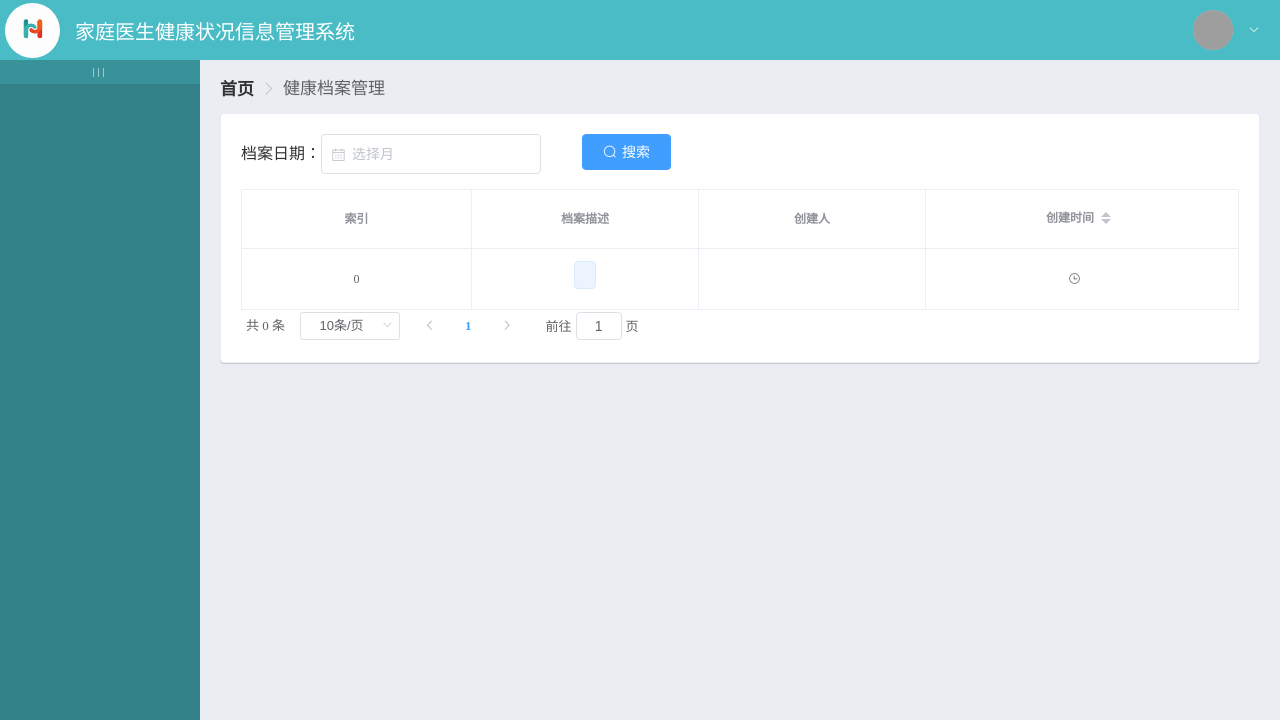
Repository: hyyBubbly/community-web-vue
Page: /#/files (app in community/)
The author's editor kept a copy of each file at every save. The page is drawn from the files as they stood at one save, then again after the next save.
The browser window is 1280 px wide. The pictures show the whole page.
Pictures or frames that could not be fetched are drawn as grey boxes. The page's requests for data from a server got no answer. The project was rebuilt for these pictures with package versions that can differ from the ones it lists, and the page was loaded fresh each time. No one was signed in, and anything a server would have sent is missing. Also part of the build but not shown: community/vue.config.js, community/src/components/Login.vue, community/src/components/Welcome.vue, community/src/components/User/UserList.vue, community/src/components/admin/WorkerList.vue, community/src/components/community/CommunityList.vue, community/src/components/healthfiles/HealthyData.vue, community/src/components/User/OlderInfoList.vue and 13 more.

Above is the page before, as saved 2024-02-01 19:19:20.

### community/src/main.js
import Vue from 'vue'
import App from './App.vue'
import router from './router'
import './plugins/element.js'
import './assets/css/global.css'
import md5 from 'md5.js'
//引入iconfont
import './assets/font/iconfont.css'
// 导入axios
import axios from 'axios'
import moment from "moment"
import echarts from 'echarts'
Vue.prototype.$echarts = echarts
//时间转化
Vue.prototype.$moment = moment;
// 挂载axios 到Vue的原型prototype的$http
Vue.prototype.$http = axios
// 设置请求的根路径
axios.defaults.baseURL = "http://localhost:9001"
Vue.config.productionTip = false
//md5加密
Vue.prototype.$md5 = md5;



new Vue({
  router,
  render: h => h(App)
}).$mount('#app')

### community/src/App.vue
<template>
  <div id="app">
    <router-view></router-view>
  </div>
</template>
<script>
  // export default {
  //   name: 'App',
  //   provide(){
  //     return {
  //       reload: this.reload
  //     }
  //   },
  //   data(){
  //     return {
  //       isRouterAlive: true
  //     }
  //   },
  //   methods:{
  //     reload() {
  //       this.isRouterAlive = false;
  //       this.$nextTick(function (){
  //         this.isRouterAlive = true
  //       })
  //     }
  //   }
  // }
</script>
<style>

</style>

### community/src/router/index.js
import Vue from 'vue'
import VueRouter from 'vue-router'
import Login from '../components/Login.vue'
import Home from '../components/Home.vue'
import Welcome from "../components/Welcome.vue"
import UserList from "../components/User/UserList.vue"
import WorkerList from "@/components/admin/WorkerList"
import CommunityList from "@/components/community/CommunityList"
import HealthyData from "@/components/healthfiles/HealthyData"
import Healthiness from "@/components/healthfiles/Healthiness";
import OlderInfoList from "@/components/User/OlderInfoList";
import HealthyInfo from "@/components/healthfiles/HealthyInfo";
import Knowledge from "../components/knowledge/Knowledge.vue";
import ActiveList from "@/components/active/ActiveList";
import medical from "@/components/mutualAid/medical";
import Purchasing from "@/components/mutualAid/Purchasing";
import repast from "@/components/mutualAid/repast";
import Pharmacy from "@/components/mutualAid/Pharmacy/Pharmacy";
import PharmacyInfo from "@/components/mutualAid/Pharmacy/PharmacyInfo";
import Appointment from "@/components/mutualAid/Pharmacy/Appointment";
import ShoppingMall from "@/components/mutualAid/shoppingMall";
import foodBusiness from "@/components/mutualAid/Food/foodBusiness";
import Personal from "@/components/Personal";
Vue.use(VueRouter)

const routes = [
  {
    path:"/",
    redirect:'/login',
  },
  {
    path:"/login",
    component: Login,

  },
  {
    path:"/home",
    component:Home,
    redirect: "/welcome",
    children:[
      {
        path:"/welcome",
        component: Welcome,
      },
      {
        path:"/user",
        component: UserList,
      },
      {
        path:"/worker",
        component: WorkerList,
      },
      {
        path:"/older",
        component: OlderInfoList,
      },
      {
        path:"/community",
        component: CommunityList,
      },
      {
        path:"/healthyData",
        component: HealthyData,
      },
      {
        path:"/files",
        component: Healthiness,
      },
      {
        path:"/healthyInfo",
        component: HealthyInfo,
      },
	  {
        path:"/knowledge",
        component: Knowledge,
	  },
      {
        path:"/active",
        component: ActiveList,
      },
      {
        path:"/medicine",
        component: medical,
      },
      {
        path:"/shop",
        component: Purchasing,
      },
      {
        path:"/food",
        component: repast,
      },
      {
        path:"/pharmacy",
        component: Pharmacy,
      },
      {
        path:"/pharmacyInfo",
        component: PharmacyInfo,
      },
      {
        path:"/appointment",
        component: Appointment,
      },
      {
        path:"/shoppingMall",
        component: ShoppingMall,
      },
      {
        path: "/foodBusiness",
        component: foodBusiness,
      },
      {
        path:"/personal",
        component: Personal,
      }
    ]
  },
]


const router = new VueRouter({
  routes
})

// router.beforeEach((to,from,next)=>{
//   const role = window.sessionStorage.getItem("roleId")
//   if(to.meta.isLogin){ //判断页面是否需要登录才可操作
//       if(to.meta.roles.includes(role)){//判断登录用户的权限是否满足meta对象中的roles的要求
//         next()
//       }else {
//         alert('您没有权限进入页面！')
//         this.router.push('/login')
//       }
//     }else {
//       alert('请登录之后再操作！')
//       this.router.push('/login')
//     }
// })


//出现问题时使用
const originalPush = VueRouter.prototype.push
VueRouter.prototype.push = function push(location, onResolve,onReject){
  if(onResolve || onReject) return originalPush.call(this,location,onResolve,onReject)
  return originalPush.call(this,location).catch(err => err)
}

export default router

### community/src/assets/css/global.css
/* 全局样式 */
HTML,body,#app{
	height: 100%;
	margin: 0;
	padding: 0;
}
/* 卡片区域  !important 提高样式级别*/
.el-card{
	box-shadow: 0 1px 1px rgba(0,8,10,0.15) !important;
}

/*表格样式*/
.el-table{
	margin-top: 15px;
	font-size: 12px;
	min-width: 350px;
}

### community/src/assets/font/iconfont.css
@font-face {
  font-family: "iconfont"; /* Project id 3270408 */
  src: url('iconfont.woff2?t=1652753196788') format('woff2'),
       url('iconfont.woff?t=1652753196788') format('woff'),
       url('iconfont.ttf?t=1652753196788') format('truetype');
}

.iconfont {
  font-family: "iconfont" !important;
  font-size: 16px;
  font-style: normal;
  -webkit-font-smoothing: antialiased;
  -moz-osx-font-smoothing: grayscale;
}

.icon-huoyuedu:before {
  content: "\e607";
}

.icon-xiaoqushu:before {
  content: "\e6df";
}

.icon-fangwenliang:before {
  content: "\e646";
}

.icon-duzheliuyan:before {
  content: "\e604";
}

.icon-hudongshequ:before {
  content: "\e62f";
}

.icon-huoyueshu:before {
  content: "\e702";
}

.icon-community:before {
  content: "\e61c";
}

.icon-shujujiance:before {
  content: "\e683";
}

.icon-huzhu:before {
  content: "\e778";
}

.icon-denglu:before {
  content: "\e603";
}

.icon-mima:before {
  content: "\e65c";
}

.icon-gouwuche:before {
  content: "\e600";
}

.icon-2jiankangzhishi:before {
  content: "\e622";
}

.icon-huodong:before {
  content: "\e630";
}

.icon-canyinguanli:before {
  content: "\e624";
}

.icon-huodong1:before {
  content: "\e870";
}

.icon-jiankangdanganx:before {
  content: "\e60d";
}

.icon-yiliaohuzhu:before {
  content: "\e686";
}

.icon-yonghu:before {
  content: "\e633";
}

.icon-guanliyuan:before {
  content: "\e62a";
}

.icon-guanliyuan1:before {
  content: "\e681";
}

.icon-menu_lrkh:before {
  content: "\e656";
}

.icon-shequ:before {
  content: "\e663";
}

### community/src/components/Home.vue
<template>
  <!-- 引入布局 -->
  <el-container class="home-container" v-loading="loading">
    <!-- 头部 -->
    <el-header>
      <div class="clickPop">
        <img src="../assets/sportlogo.jpg" alt />
        <span class="span-font">家庭医生健康状况信息管理系统</span>
      </div>
      <el-dropdown class="clickPop">
        <el-avatar src="https://cube.elemecdn.com/0/88/03b0d39583f48206768a7534e55bcpng.png"
          style="margin-right: 10px"></el-avatar>
        <span class="el-dropdown-link">
          {{ getUsername() }}<i class="el-icon-arrow-down el-icon--right"></i>
        </span>
        <el-dropdown-menu slot="dropdown">
          <el-dropdown-item><span @click="Main">首页</span></el-dropdown-item>
          <!--            <el-dropdown-item><el-badge :value="12"><span @click="">购物车</span></el-badge></el-dropdown-item>-->
          <el-dropdown-item><span @click="$router.push({ path: '/personal' })">个人中心</span></el-dropdown-item>
          <el-dropdown-item><span type="info" @click="quit">安全退出</span></el-dropdown-item>
        </el-dropdown-menu>
      </el-dropdown>

    </el-header>
    <!-- 主体 -->
    <el-container>
      <!-- 侧边栏 -->
      <el-aside :width="width">
        <el-menu background-color="#46afb9" text-color="#fff" active-text-color="#889fa0" unique-opened
          :collapse="isCollapse" :collapse-transition="false" :router="true" :default-active="activePath">
          <div class="toggle-button" @click="toggleCollapase">|||</div>
          <!-- 一级菜单 -->
          <el-submenu :index="item.id + ''" v-for="item in menuList" :key="item.id">
            <template slot="title">
              <i :class="iconsObject[item.id]"></i>
              <span style="margin-left: 7px">{{ item.title }}</span>
            </template>
            <!-- 二级菜单 -->
            <el-menu-item :index="it.path + ''" v-for="it in item.sList" :key="it.id" @click="saveNavState()">
              <template slot="title">
                <i :class="iconsObject[it.id]"></i>
                <span style="margin-left: 7px">{{ it.title }}</span>
              </template>
            </el-menu-item>
          </el-submenu>
        </el-menu>
      </el-aside>
      <!-- 主体内容 -->
      <el-main>
        <router-view></router-view>
      </el-main>
      <el-dialog title="用户评价" :visible.sync="isDialog" width="40%">
        <el-col :span="7" style="margin-top: 15px"><el-rate v-model="assessForm.assess" show-text></el-rate></el-col>
        <!-- 内容底部区域    -->
        <span slot="footer" class="dialog-footer">
          <el-button @click="isDialog = false">取 消</el-button>
          <el-button type="primary" @click="logout">确 认</el-button>
        </span>
      </el-dialog>
    </el-container>
  </el-container>
</template>
<script>
export default {
  data() {
    return {
      //菜单列表
      loading: true,
      width: "200px",
      menuList: [],
      isCollapse: false,
      sList: [],
      assessForm: {
        assess: ""
      },
      isPopup: false,
      isDialog: false,
      percentage: 0,
      customColors: "",
      token: "",
      editPassword: {
        id: "",
        username: "",
        oldPassword: "",
        newPassword: "",
        passwordConfirm: ""
      },
      iconsObject: {
        '100': 'iconfont icon-yonghu',
        '200': 'iconfont icon-shequ',
        '300': 'iconfont icon-jiankangdanganx',
        '400': 'iconfont icon-huzhu',
        '500': 'iconfont icon-2jiankangzhishi',
        '600': 'iconfont icon-huodong1',
        '101': 'iconfont icon-guanliyuan1',
        '102': 'iconfont icon-yonghu',
        '103': 'iconfont icon-menu_lrkh',
        '201': 'iconfont icon-shequ',
        '301': 'iconfont icon-jiankangdanganx',
        '302': 'iconfont icon-shujujiance',
        '401': 'iconfont icon-yiliaohuzhu',
        '402': 'iconfont icon-gouwuche',
        '403': 'iconfont icon-canyinguanli',
        '501': 'iconfont icon-2jiankangzhishi',
        '601': 'iconfont icon-huodong1',
      },
      activePath: "/welcome",// 默认路径
    }
  },
  // onload事件
  created() {
    //查询menuList
    this.getUsername();
    this.getMenuList();
    this.activePath = window.sessionStorage.getItem('activePath');//取出session里的path动态修改
    this.loading = false;
  },
  methods: {
    quit() {
      if (window.sessionStorage.getItem("isAssess") === "1") {
        return this.logout()
      }
      this.isDialog = true
    },
    Main() {
      this.$router.push("/welcome");
    },
    getUsername() {
      this.editPassword.id = window.sessionStorage.getItem("id");
      this.editPassword.username = window.sessionStorage.getItem("workName");
      return this.editPassword.username;
    },
    //安全退出
    async logout() {
      if (this.assessForm.assess !== '' && this.assessForm.assess !== null && this.assessForm.assess !== 0) {
        this.assessForm.workId = window.sessionStorage.getItem("id")
        this.assessForm.createName = window.sessionStorage.getItem("workName")
        this.assessForm.roleId = window.sessionStorage.getItem("roleId")
        const { data: res } = await this.$http.post("/assess/addAssess", this.assessForm)
        if (res !== "success") {
          return this.$message.error("评价失败！！！")
        }
        this.$message.success("评价成功！！！")
      }
      const confirmResult = await this.$confirm('是否确定退出？', '提示', {
        confirmButtonText: "确定",
        cancelButtonText: "取消",
        type: 'warning'
      }).catch(err => err)
      if (confirmResult !== 'confirm') {//取消
        return this.$message.info("已取消退出");
      }
      window.sessionStorage.clear();//清除session
      window.localStorage.clear();
      await this.$router.push("/login");//回到首页
    },
    //获取导航菜单
    async getMenuList() {
      let token
      if (window.sessionStorage.getItem("roleId") === '' || window.sessionStorage.getItem("roleId") === null) {
        token = this.$route.query.roleId
      } else {
        token = window.sessionStorage.getItem("roleId")
      }
      const { data: res } = await this.$http.get("menus?roleId=" + token);
      console.log(res);
      if (res.flag !== 200)
        return this.$message.error("获取列表失败!!!");//访问失败的错误信息
      this.menuList = res.menus;//返回数据
    },

    //控制伸缩
    toggleCollapase() {
      this.isCollapse = !this.isCollapse;
      if (this.isCollapse === true) {
        this.width = "64px";
      } else {
        this.width = "200px";
      }
    },
    //保存路径
    saveNavState(activePath) {
      window.sessionStorage.setItem('activePath', activePath);//存放在session里
      this.activePath = activePath;
    }
  }
}
</script>

<style lang="less" scoped>
// 全局样式
.home-container {
  height: 100%;
}

//头部样式
.el-header {
  // background-color: #373d41;
  background-color: #4abcc6;
  display: flex;
  align-items: center;
  justify-content: space-between; //左右贴边
  padding-left: 0%; //左边界
  color: #fff;
  font-size: 20px;
}

.clickPop {
  display: flex;
  align-items: center;
  cursor: pointer; //显示小手

  img {
    border-radius: 50%;
    margin: 5px;
  }
}

.span-font {
  margin-left: 10px;
  font-family: 隶书;
}

//侧边栏样式
.el-aside {
  background-color: #348289;

  .el-menu {
    border-right: none;
  }

  .el-submenu__title i,
  .el-menu-item i {
    color: #ffffff;
  }

  .el-menu-item.is-active {
    text-shadow:0 0 5px #FFFF66,1px 1px 1px #fff,-1px -1px 1px #fff,0 0 10px #FFFF99,0 0 20px #B9EB50;
  }
}

//主体样式
.el-main {
  background-color: #eaedf1;
}

img {
  width: 55px;
  height: 55px;
}

// |||按钮样式
.toggle-button {
  background-color: #399199;
  font-size: 10px;
  line-height: 24px;
  color: #fff;
  text-align: center;
  letter-spacing: 0.2rem;
  cursor: pointer; //显示小手
}

.el-dropdown-link {
  cursor: pointer;
  color: #fffdef;
}

.el-icon-arrow-down {
  font-size: 12px;
}
</style>

### community/src/components/healthfiles/Healthiness.vue
<template>
  <div>
    <el-breadcrumb separator-class="el-icon-arrow-right">
      <el-breadcrumb-item :to="{path:'/home'}">首页</el-breadcrumb-item>
      <el-breadcrumb-item>健康档案管理</el-breadcrumb-item>
    </el-breadcrumb>
    <el-card>
      <el-row :gutter="25">
        <el-col :span="8">
          <!-- <label>老人姓名：</label>
          <el-select placeholder="请选择老人" v-model="queryInfo.olderId" @click="getHealthyList"
                     clearable filterable style="width: 70%; padding-right: 10px">
            <el-option
                v-for="item in olderDrop"
                :key="item.olderId"
                :label="item.olderName"
                :value="item.olderId">
            </el-option>
          </el-select> -->
        </el-col>
        <el-col :span="8">
          <label>档案日期：</label>
          <el-date-picker
              v-model="queryInfo.time"
              type="month"
              placeholder="选择月">
          </el-date-picker>
        </el-col>
        <el-col :span="6">
          <!--        搜索按钮-->
          <el-button type="primary" icon="el-icon-search" @click="search" size="medium">搜索</el-button>
          <el-button type="primary" icon="el-icon-plus" @click="showAddForm" size="medium" v-show="this.token === '2'">添加档案</el-button>
        </el-col>
      </el-row>
      <el-table :data="healthyList" border stripe :default-sort = "{prop: 'createTime', order: 'ascending'}">
        <el-table-column label="索引" prop="id" align="center"></el-table-column><!--索引列-->
        <el-table-column label="档案描述" prop="files" align="center">
          <template v-slot="scope">
            <div slot="reference" class="name-wrapper">
              <el-tag size="medium" @click="showHealthyInfo(scope.row.id)">{{ scope.row.olderName }}</el-tag>
            </div>
          </template>
        </el-table-column>
        <!-- <el-table-column label="档案描述" prop="files" align="center"></el-table-column> -->
        <el-table-column label="创建人" prop="workName" align="center"></el-table-column>
        <el-table-column label="创建时间" align="center" min-width="110px" sortable>
          <template v-slot="scope">
            <i class="el-icon-time"></i>
            <span style="margin-left: 15px">{{scope.row.createTime}}</span>
          </template>
        </el-table-column>
        <!--        自定义插槽-->
        <el-table-column label="操作" align="center" v-if="this.token === '2'">
          <template v-slot ="scope">
            <!--删除-->
            <el-button type="danger" icon="el-icon-delete" size="mini" @click="deleteHealthy(scope.row.id)">
            </el-button>
          </template>
        </el-table-column>
      </el-table>
      <!--      分页组件 @size-change每页最大变化 @current-change 当前最大变化layout功能组件-->
      <div>
        <el-pagination
            @size-change="handleSizeChange"
            @current-change = "handleCurrentChange"
            :current-page="queryInfo.pageNum"
            :page-sizes="[5,10,15,50]"
            :page-size="queryInfo.pageSize"
            layout="total,sizes,prev,pager,next,jumper"
            :total="total">
        </el-pagination>
      </div>

    </el-card>
  </div>
</template>

<script>
export default {
  name: "Healthiness",
  data() {
    return {
      queryInfo:{
		  pageNum: 1,//当前页
		  pageSize: 10,//每页最大数
		  olderId:"",
      },
      healthyList:[{
        id:0,
        olderId:"",
        olderName:"",
      }],
      total:0,
      olderDrop:[],
      token:""
    }
  },
  created() {
    this.getHealthyList();
    // this.selectOlderDrop();
  },
  methods:{

    async selectOlderDrop(){
      if(this.token === '4'){
        this.queryInfo.userId = window.sessionStorage.getItem("id")
      }else{
        this.queryInfo.userId = ''
      }
      const{data:res} = await this.$http.get("/healthy/olderDrop?userId=" + this.queryInfo.userId);
      this.olderDrop = res;
    },
    //最大数
    handleSizeChange(newSize){
      this.queryInfo.pageSize = newSize;
      this.getHealthyList();
    },
    //pageNum的触发动作
    handleCurrentChange(newPage){
      this.queryInfo.pageNum = newPage;
      this.getHealthyList();
    },

    async getHealthyList(){
      this.token = window.sessionStorage.getItem("roleId")
      if(this.token === '4'){
        this.queryInfo.userId = window.sessionStorage.getItem("id")
      }
      const{data:res} = await this.$http.get("/healthy/list",{params:this.queryInfo})
      this.healthyList = res;
      this.total = this.healthyList[0].total
      for (let i = 0; i < this.healthyList.length; i++) {
        this.healthyList[i].createTime =
            this.$moment(this.healthyList[i].createTime).format('YYYY/MM/DD')
      }
    },
    search(){
      this.queryInfo.pageNum = 1;
      if(this.queryInfo.time !== '' && this.queryInfo.time !== null){
        this.queryInfo.time = this.$moment(this.queryInfo.time).format('YYYY-MM')
      }
      this.getHealthyList()
    },
    async deleteHealthy(id){
      const confirmResult = await this.$confirm('是否确定删除？','提示',{
        confirmButtonText:"确定",
        cancelButtonText:"取消",
        type:'warning'
      }).catch(err => err)
      if(confirmResult!=='confirm'){//取消
        return this.$message.info("已取消删除");
      }
      const updateId = window.sessionStorage.getItem("id");
      const{data:res} = await this.$http.post("/healthy/deleteById?id=" + id + "&updateId=" + updateId)
      if(res !== "success"){
        return this.$message.error("删除失败！！");
      }
      this.$message.success("删除成功！！");
      await this.getHealthyList();

    },
    showHealthyInfo(id){
      this.$router.push({path:"/healthyInfo",query: { id: id ,isAdd: 'true'}})
    },
	  showAddForm(){
	  this.$router.push({path:'/healthyInfo',query:{isAdd: 'false'}})
	  }
  }
}
</script>

<style lang="less" scoped>
.el-breadcrumb{
  margin-bottom: 15px;
  font-size: 17px;
}
</style>

Loaded but not shown: community/public/index.html (common file); community/src/plugins/element.js (common file)

After the next save:
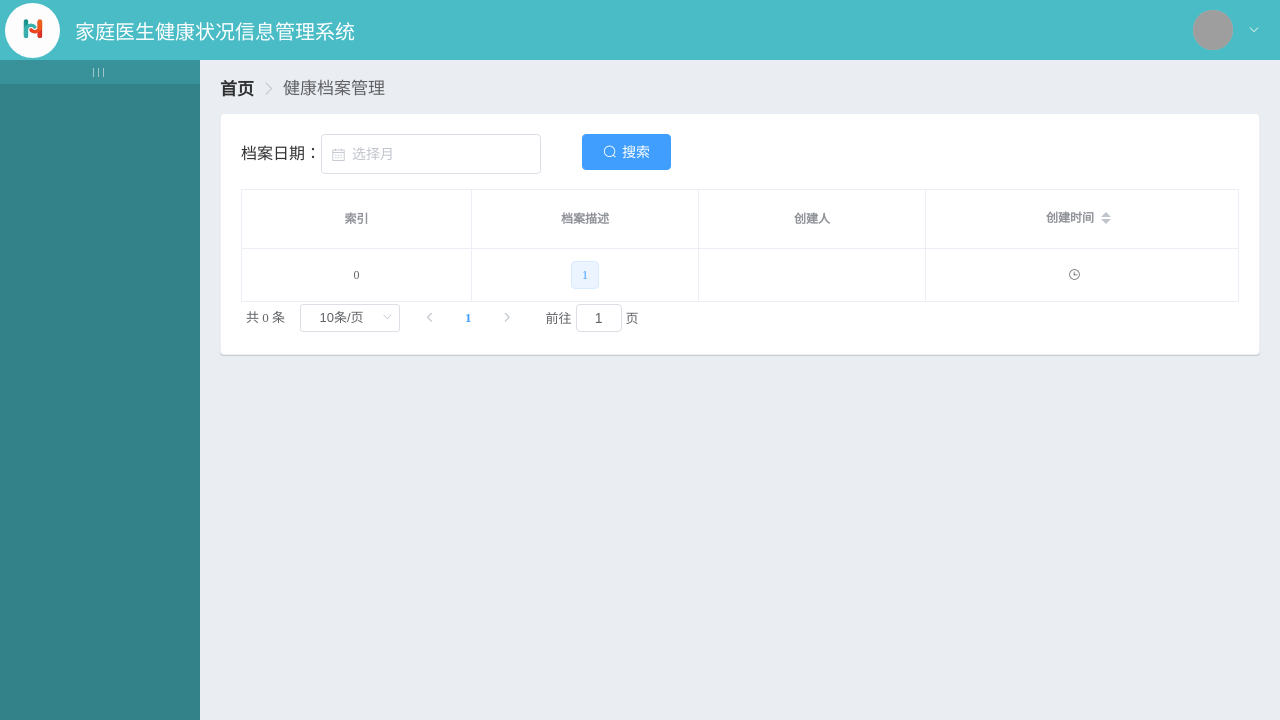
Saved 89 s later.
--- a/community/src/components/healthfiles/Healthiness.vue
+++ b/community/src/components/healthfiles/Healthiness.vue
@@ -37,7 +37,7 @@
         <el-table-column label="档案描述" prop="files" align="center">
           <template v-slot="scope">
             <div slot="reference" class="name-wrapper">
-              <el-tag size="medium" @click="showHealthyInfo(scope.row.id)">{{ scope.row.olderName }}</el-tag>
+              <el-tag size="medium" @click="showHealthyInfo(scope.row.id)">1</el-tag>
             </div>
           </template>
         </el-table-column>

After the save that followed:
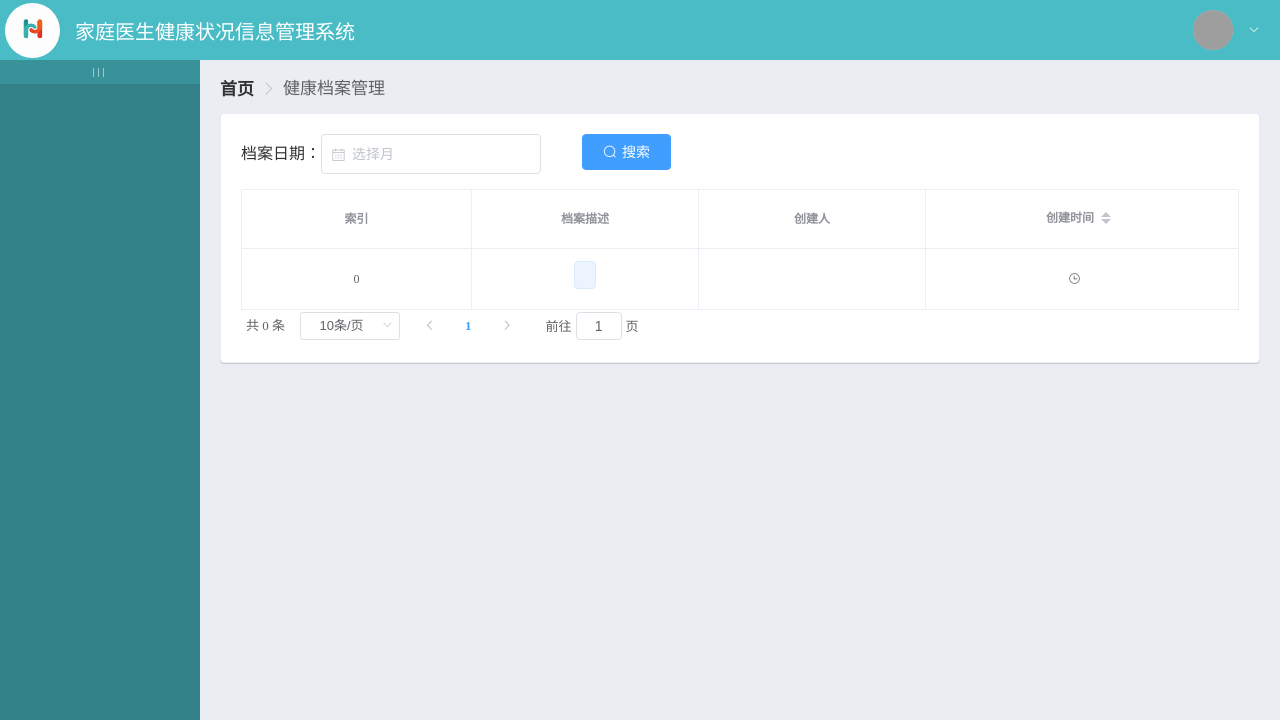
Saved 6 s later.
--- a/community/src/components/healthfiles/Healthiness.vue
+++ b/community/src/components/healthfiles/Healthiness.vue
@@ -37,7 +37,7 @@
         <el-table-column label="档案描述" prop="files" align="center">
           <template v-slot="scope">
             <div slot="reference" class="name-wrapper">
-              <el-tag size="medium" @click="showHealthyInfo(scope.row.id)">1</el-tag>
+              <el-tag size="medium" @click="showHealthyInfo(scope.row.id)">{{ scope.row.olderName }}</el-tag>
             </div>
           </template>
         </el-table-column>
